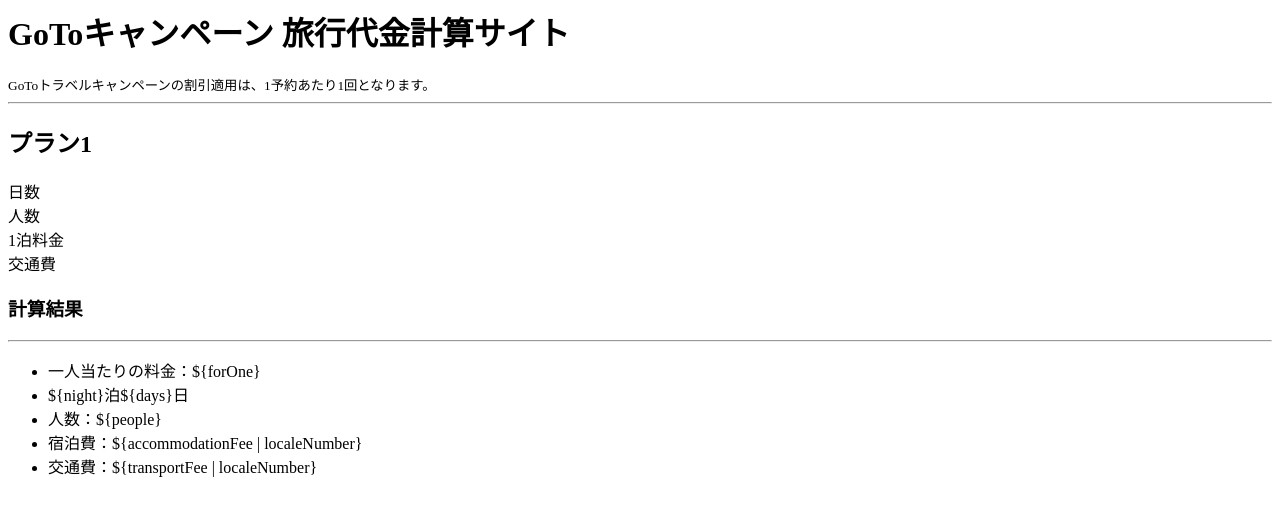
Repository: Ischca/ischca.github.io
Page: src/my-app.html
The author's editor kept a copy of each file at every save. The page is drawn from the files as they stood at one save, then again after the next save.
The browser window is 1280 px wide. The pictures show the whole page.

Above is the page before, as saved 2020-10-02 16:31:40.

After the next save:
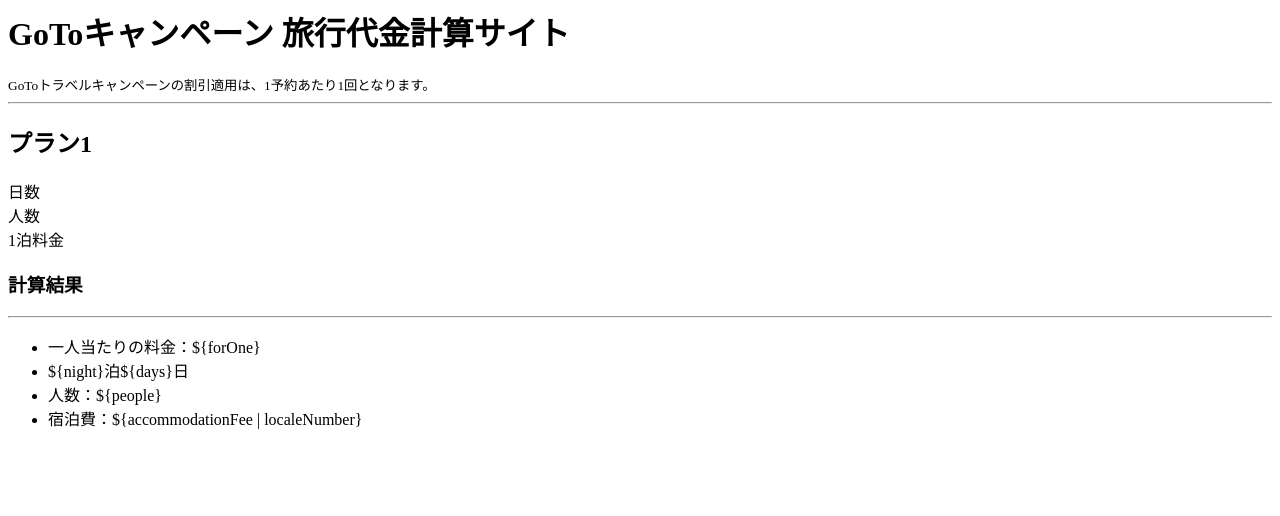
Saved 4 min 23 s later.
--- a/src/my-app.html
+++ b/src/my-app.html
@@ -41,12 +41,12 @@
         </div>
     </div>
 
-    <div class="row">
+    <!-- <div class="row">
         <label for="staticEmail" class="offset-sm-4 col-sm-1 col-form-label font-weight-bold">交通費</label>
         <div class="col-sm-2">
             <num-selector num.bind="transportFee" max.bind="10000000" suffix.bind="'円'"></num-selector>
         </div>
-    </div>
+    </div> -->
 
     <h3 class="text-center mt-3">計算結果</h3>
     <hr/>
@@ -65,9 +65,9 @@
             <li class="list-group-item">
                 宿泊費：${accommodationFee | localeNumber}
             </li>
-            <li class="list-group-item">
+            <!-- <li class="list-group-item">
                 交通費：${transportFee | localeNumber}
-            </li>
+            </li> -->
         </ul>
     </div>
 </div>
